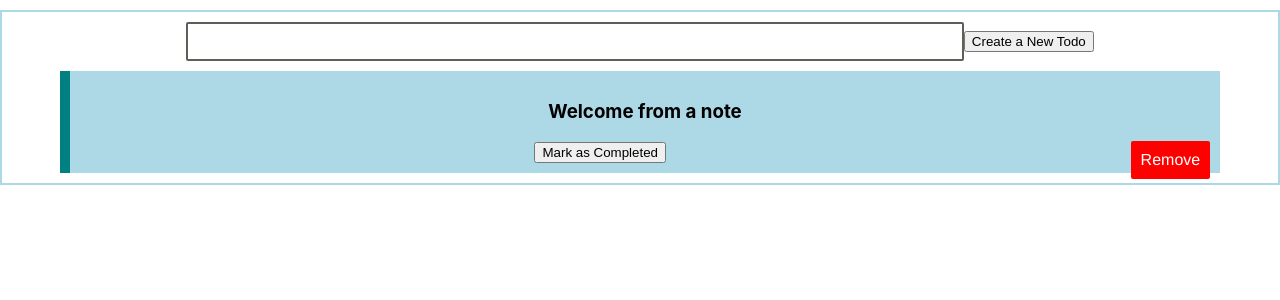
Repository: CaptainStorm21/react-ecosystem-course
Page: /
These files come from the project's save history. The page is drawn as it stood at one moment and after a run of saves; the edit follows.
The browser window is 1280 px wide. The pictures show the whole page.
The project was rebuilt for these pictures with package versions that can differ from the ones it lists, and the page was loaded fresh each time.

Above is the page before, as saved 2020-05-30 17:50:58.

After the next 2 saves:
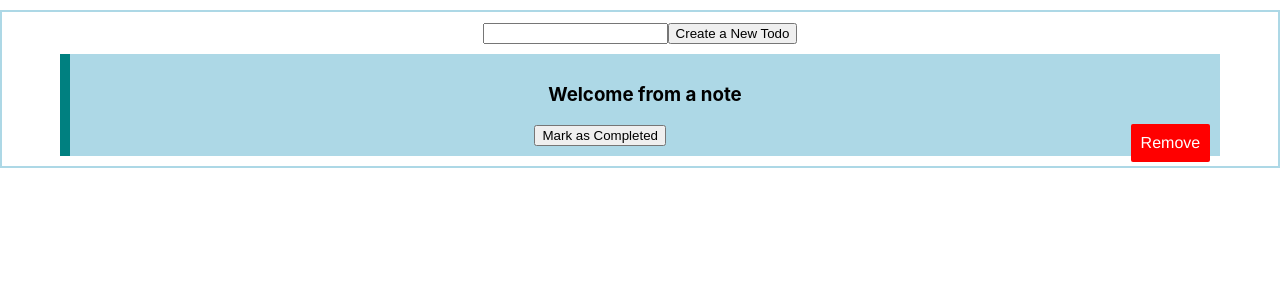
The 2 saves are shown as one change because they came seconds apart.
The last was saved 47 s later.
--- a/src/todos/NewTodoForm.css
+++ b/src/todos/NewTodoForm.css
@@ -19,7 +19,7 @@
   color: white;
 }
 
-.new-todo-input {
+.{
   border-radius: 2px;
   padding: 10px;
   border: 2px solid rgb(95, 95, 90);
